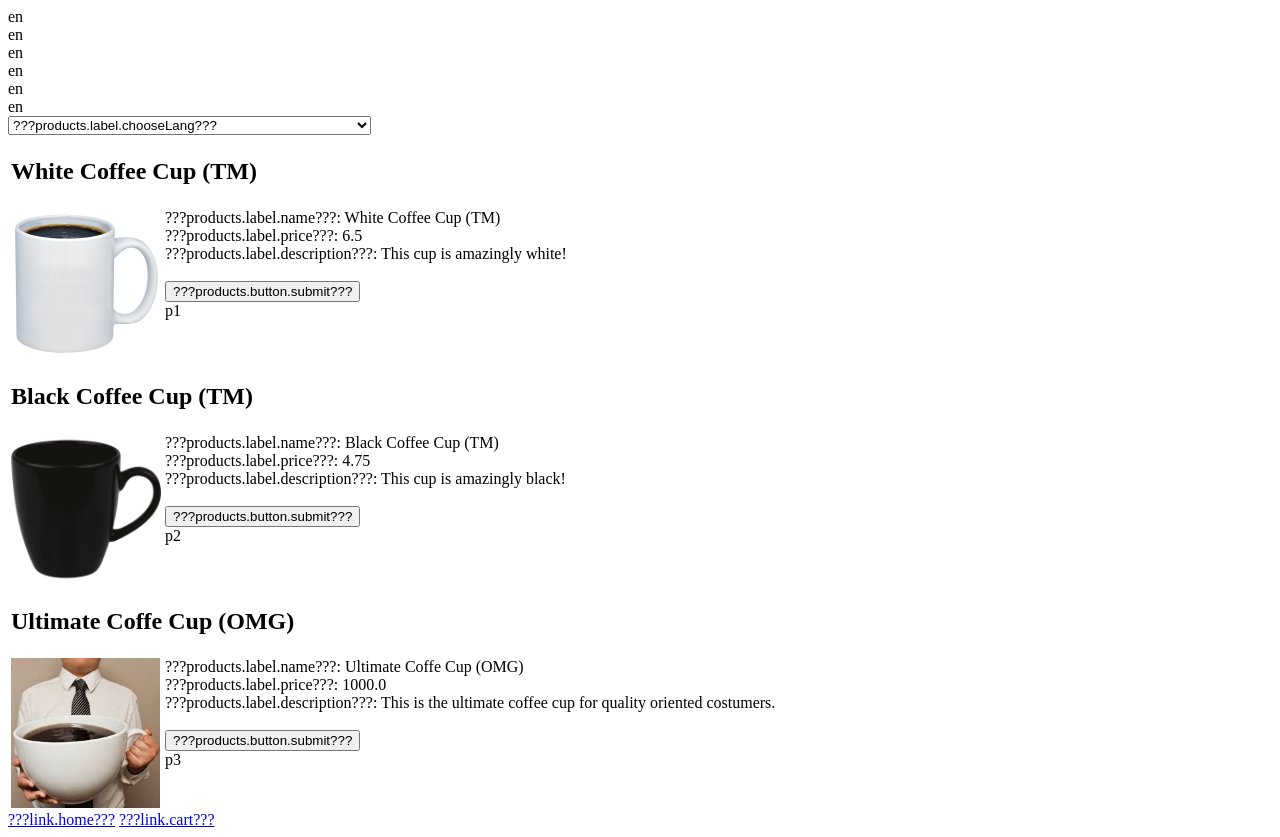
Repository: superdids/DAT152
Page: http://localhost/Oblig3/products
An editor plug-in stored every save of this project. The page is shown before and after the next save, followed by the edit.
The browser window is 1280 px wide. The pictures show the whole page.
The page is served by Tomcat 9.

Above is the page before, as saved 2015-10-23 13:59:00.

After the next save:
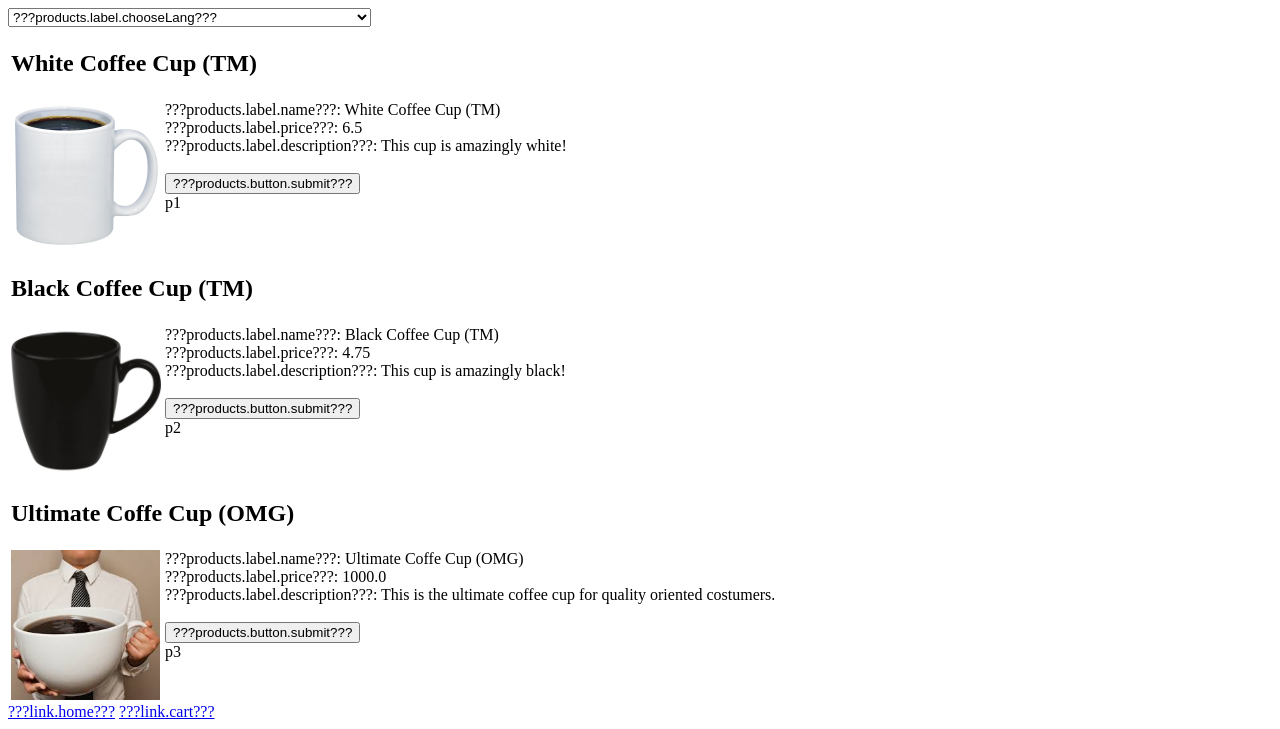
Saved 117 s later.
--- a/Oblig3/WebContent/products.jsp
+++ b/Oblig3/WebContent/products.jsp
@@ -15,12 +15,6 @@
 <title>Products</title>
 </head>
 <body>
-${language} <br/>
-${language} <br/>
-${language} <br/>
-${language} <br/>
-${language} <br/>
-${language} <br/>
 <form action="products" method="POST">
 	<select id="language" name="language" onchange="submit()">
 		<option disabled="disabled" selected="selected" >
